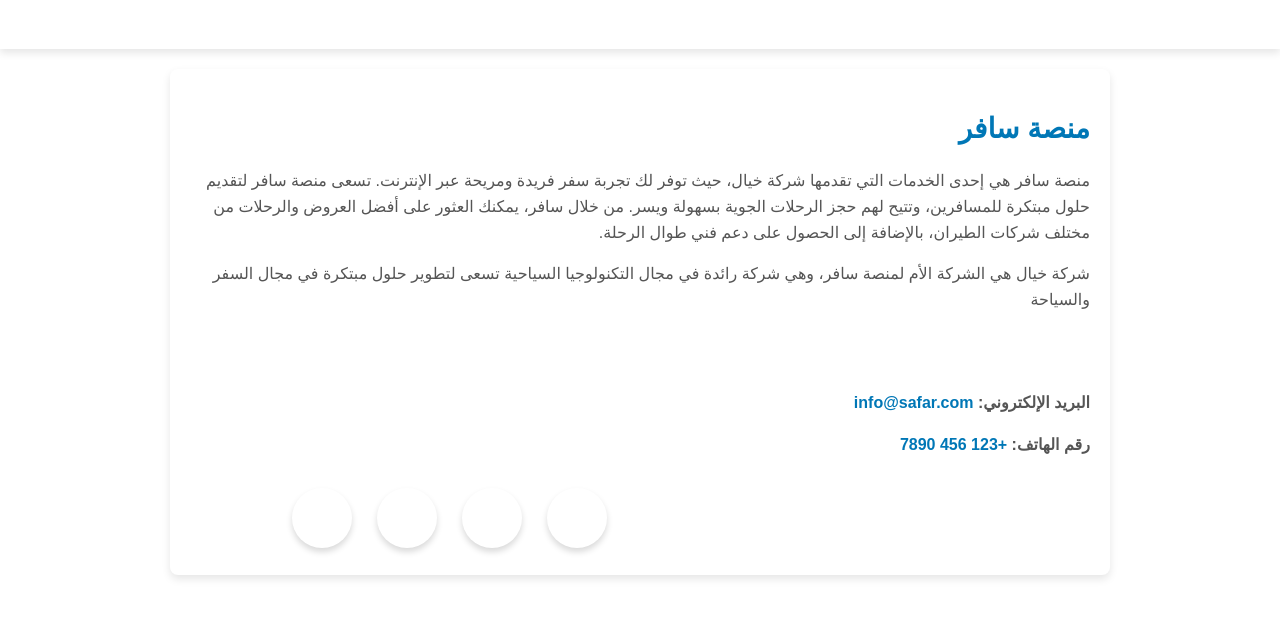
Repository: Yassin-Boushi/Safer
Page: resources/views/we..blade.php
An editor plug-in stored every save of this project. The page is shown before and after the next save, followed by the edit.
The browser window is 1280 px wide. The pictures show the whole page.
The page is served by the project's Laravel application, run on PHP 8.4 with Laravel 9. The template is opened directly, without the code that normally fills it, so the values that code supplies are empty.

Above is the page before, as saved 2025-01-30 11:34:41.

After the next save:
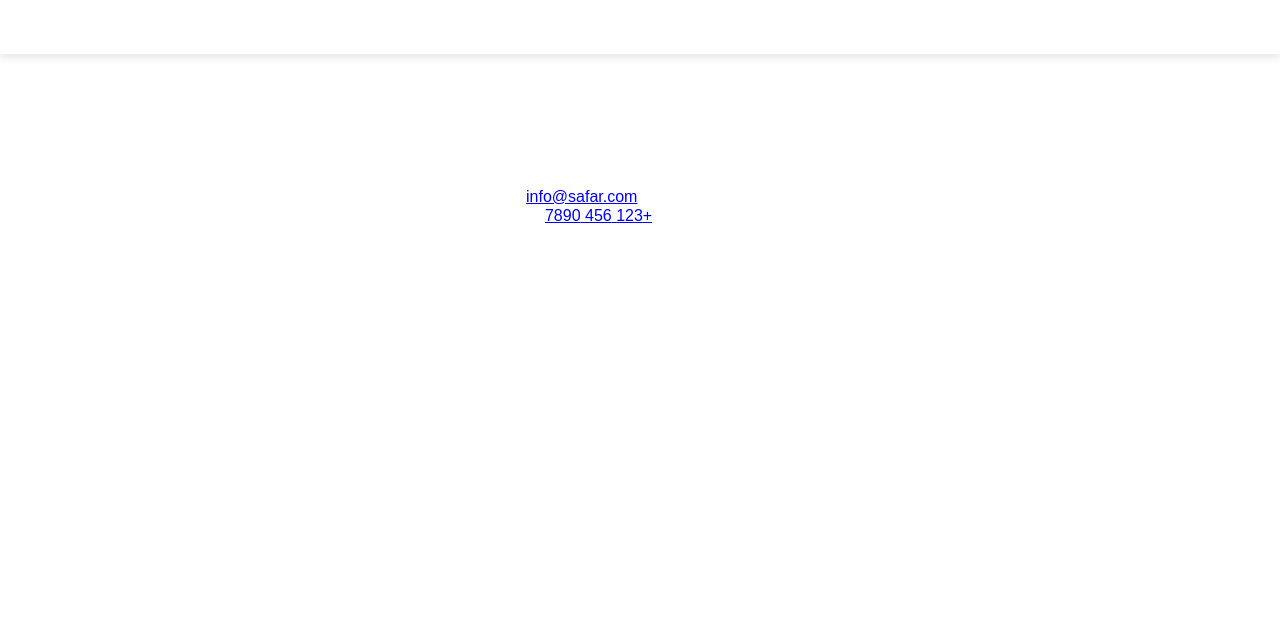
Saved 1 s later.
--- a/resources/views/we..blade.php
+++ b/resources/views/we..blade.php
@@ -1,24 +1,4 @@
-<!DOCTYPE html>
-<html lang="ar">
-<head>
-    <meta charset="UTF-8">
-    <meta name="viewport" content="width=device-width, initial-scale=1.0">
-    <title>من نحن - سافر</title>
-    <link rel="stylesheet" href="css/we.css">
-    <link rel="stylesheet" href="css/all.min.css">
-</head>
-<body>
- <header>
-  <nav class="navbar">
-      <ul>
-        <li><a href="main.html">الرئيسية</a></li>
-        <li><a href="prof.html">الملف الشخصي</a></li>
-        <li><a href="flight.html">الرحلات</a></li>
-        <li><a href="myf.html">رحلاتي</a></li>
-        <li><a href="we.html">من نحن</a></li>
-      </ul>
-  </nav>
-</header>
+<x-nav />
 
     <main>
         <section class="about-us">
